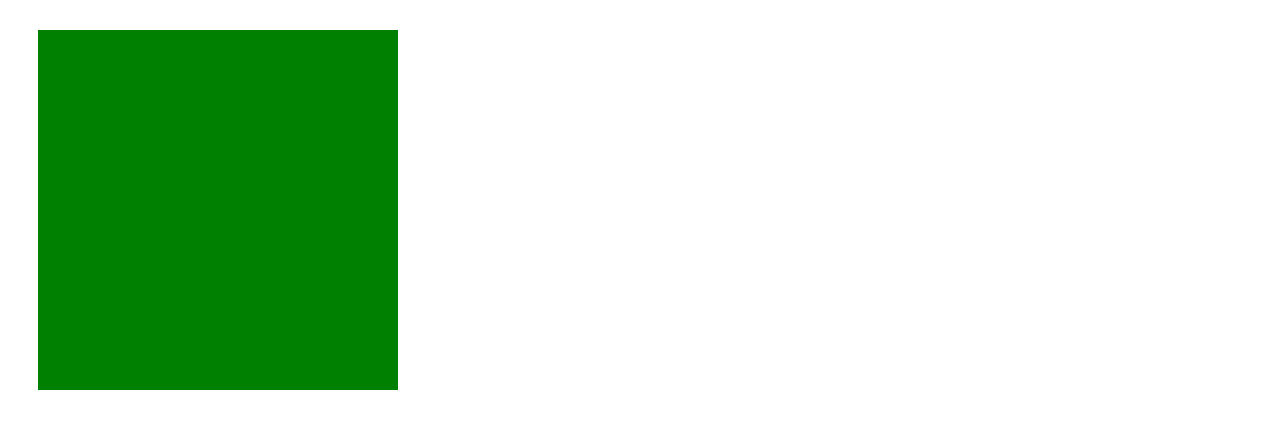
Repository: yuuyatada/API_sample_app
Page: box/box.html
The author's editor kept a record of every edit. The page is drawn from the files as they stood at one moment, then again after the next edit.
The browser window is 1280 px wide. The pictures show the whole page.

Above is the page before.

### box/box.html
<!DOCTYPE html>
<html lang="ja">
  <head>
    <meta charset="UTF-8" />

    <link rel="stylesheet" href="box.css" />
    <title>BOX</title>
  </head>

  <body>
    <!-- box1用のdiv -->
    <div class="box1"></div>
  </body>
</html>

### box/box.css
.box1{
    width: 300px;
    height: 300px;
    background-color: green;
    margin: 30px;
    padding: 30px;

}
.box2{
    width:100px;
    height:100px;
    background-color: blue;
    /*指定方法（box2の周囲全てに枠線を設定する場合）*/
    border:5px solid yellow;
}

After the next edit:
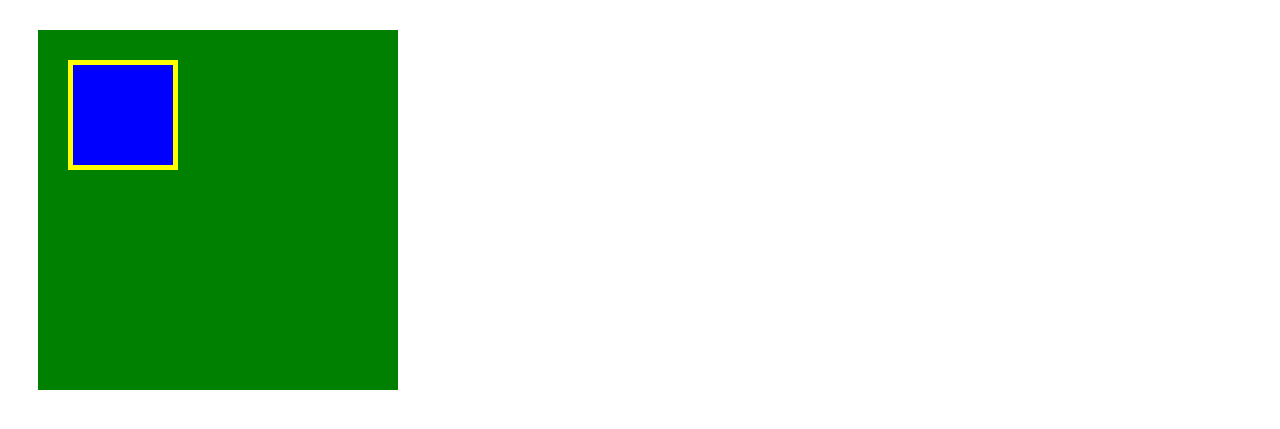
The edit:
--- a/box/box.html
+++ b/box/box.html
@@ -8,7 +8,10 @@
   </head>
 
   <body>
-    <!-- box1用のdiv -->
-    <div class="box1"></div>
+
+    <div class="box1">
+      <div class="box2"></div>
+
+    </div>
   </body>
 </html>
